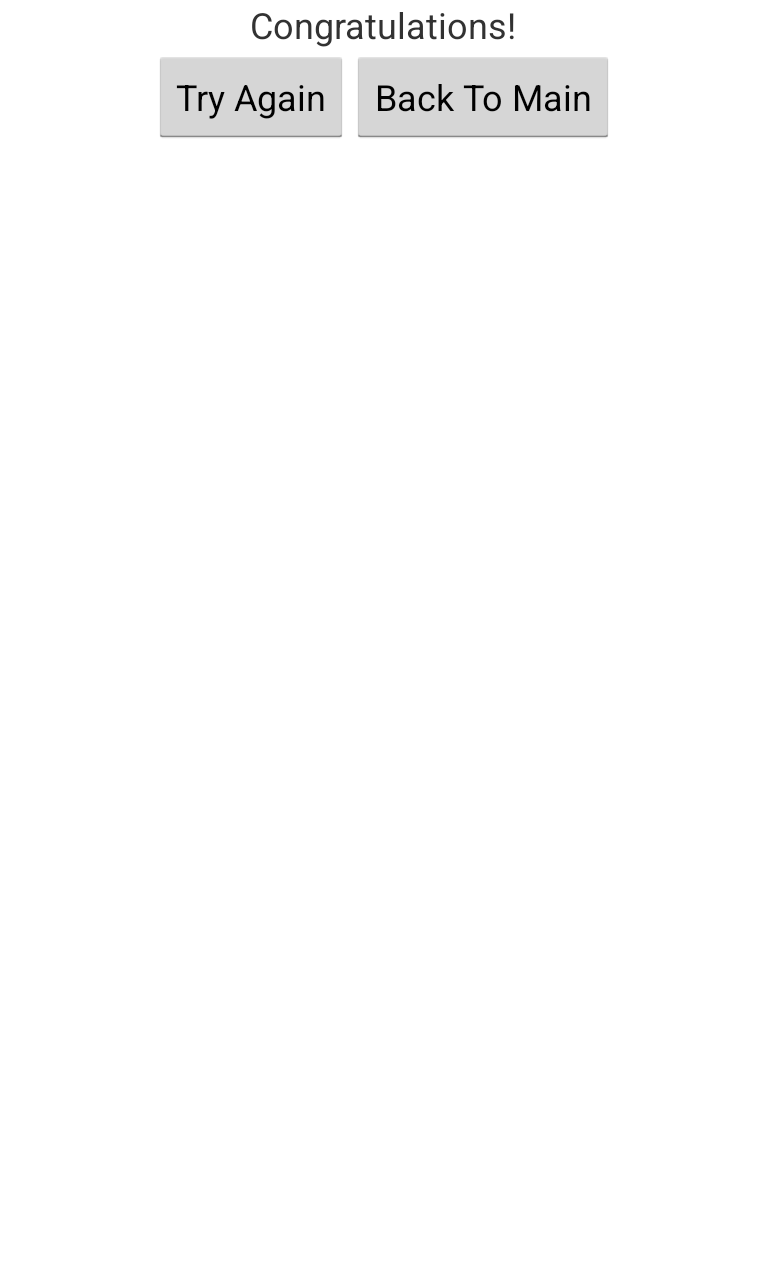
Repository: SarahDowlath/TriniHangman
Layout: workspace3/Trini-Hangman/res/layout/endgame_dialog.xml
These files come from the project's save history. The layout is drawn as it stood at one moment and after the next save; the edit follows.
It is drawn on a 768 x 1280 px phone screen (xhdpi) without system bars, with theme AppTheme; the app's code is not run.

Above is the layout before, as saved 2014-07-22 14:33:19.

### workspace3/Trini-Hangman/res/layout/endgame_dialog.xml
<?xml version="1.0" encoding="utf-8"?>
 <RelativeLayout android:id="@+id/RelativeLayout01"
 android:layout_width="fill_parent"
 android:layout_height="fill_parent"
 xmlns:android="http://schemas.android.com/apk/res/android">

 <TextView android:layout_height="wrap_content"
 android:layout_width="wrap_content" android:text="Congratulations!"
 android:id="@+id/endmessage" android:textSize="8pt"
 android:layout_centerHorizontal="true">
 </TextView>

	<TableRow android:layout_height="wrap_content"

	 android:id="@+id/TableRow01"
	 android:layout_below="@+id/endmessage"
	 android:layout_width="wrap_content"
	 android:layout_centerHorizontal="true">

		 <Button android:layout_width="wrap_content"
		 android:layout_height="wrap_content" android:id="@+id/endgame1"
		 android:text="Try Again" android:layout_below="@+id/endmessage">
		 </Button>

		<Button android:layout_height="wrap_content"
		 android:layout_toRightOf="@+id/Button01"
		 android:layout_width="wrap_content"
		 android:text="Back To Main"
		 android:id="@+id/endgame2"
		 android:layout_below="@+id/endmessage">
		</Button>

	</TableRow>

 </RelativeLayout>

Loaded but not shown: workspace3/Trini-Hangman/res/values/styles.xml (common file); workspace3/Trini-Hangman/res/values-v11/styles.xml (common file); workspace3/Trini-Hangman/res/values-v14/styles.xml (common file)

After the next save:
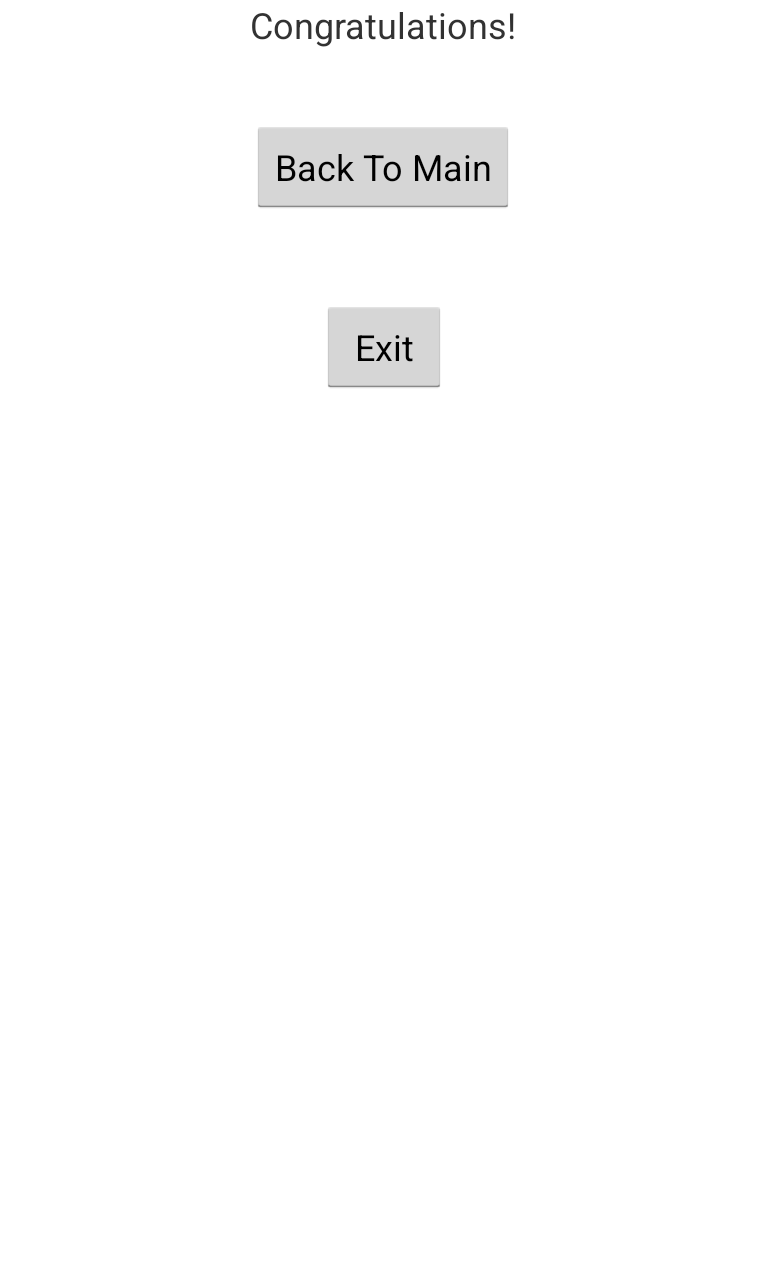
Saved 20 min 6 s later.
--- a/workspace3/Trini-Hangman/res/layout/endgame_dialog.xml
+++ b/workspace3/Trini-Hangman/res/layout/endgame_dialog.xml
@@ -17,19 +17,24 @@
 	 android:layout_width="wrap_content"
 	 android:layout_centerHorizontal="true">
 
-		 <Button android:layout_width="wrap_content"
-		 android:layout_height="wrap_content" android:id="@+id/endgame1"
-		 android:text="Try Again" android:layout_below="@+id/endmessage">
-		 </Button>
-
-		<Button android:layout_height="wrap_content"
-		 android:layout_toRightOf="@+id/Button01"
-		 android:layout_width="wrap_content"
-		 android:text="Back To Main"
-		 android:id="@+id/endgame2"
-		 android:layout_below="@+id/endmessage">
-		</Button>
-
 	</TableRow>
 
+	<Button
+	    android:id="@+id/endgame2"
+	    android:layout_width="wrap_content"
+	    android:layout_height="wrap_content"
+	    android:layout_alignLeft="@+id/endmessage"
+	    android:layout_below="@+id/TableRow01"
+	    android:layout_marginTop="35dp"
+	    android:text="Back To Main" />
+
+	<Button
+	    android:id="@+id/endgame1"
+	    android:layout_width="wrap_content"
+	    android:layout_height="wrap_content"
+	    android:layout_below="@+id/endgame2"
+	    android:layout_centerHorizontal="true"
+	    android:layout_marginTop="42dp"
+	    android:text="Exit" />
+
  </RelativeLayout>
